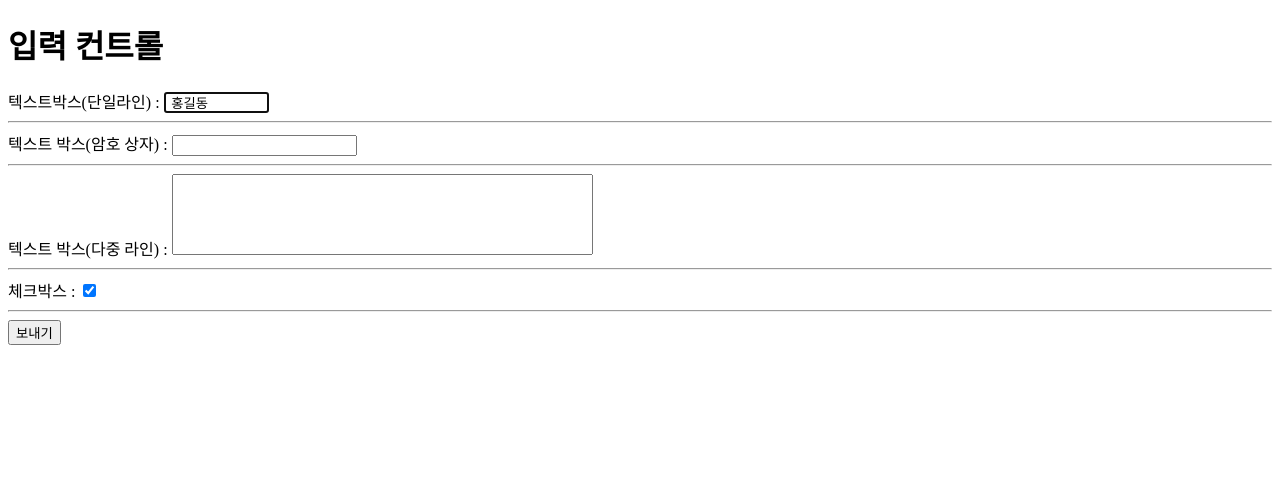
Repository: Hswwwww/WEB
Page: ClientTest/src/main/webapp/html/ex19_form.html
These files come from the project's save history. The page is drawn as it stood at one moment and after the next save; the edit follows.
The browser window is 1280 px wide. The pictures show the whole page.

Above is the page before, as saved 2024-03-14 01:31:43.

### ClientTest/src/main/webapp/html/ex19_form.html
<!DOCTYPE html>
<html>
<head>
<meta charset="UTF-8">
<title>Insert title here</title>
</head>
<body>
	<!--

		<form> 자식 태그
		- 입력 양식

		<input> 태그
		- 단독 태그
		- 인라인 태그
		- input.type : 입력 컨트롤의 종류
		- input.name : 서버로 전송할때 사용하는 식별자
		- input.id : 식별자. CSS, JavaScript에서 주로 사용
		- input.class : 식별자. CSS, JavaScript에서 주로 사용
		- input.size : 컨트롤의 너비 (입력받는 문자 수)
		- input.maxlength : 최대 입력 문자수 + 유효성 검사
		- input.value : 컨트롤의 입력값
		- input.readonly : 읽기 전용. 플래그형 + 입력 (x) + 서버 전송(o)
		- input.disabled : 비활성화. 플래그형 + 입력 (x) + 서버 전송 (x)
		- input.accesskey : 바로가기(니모닉) Alt + 키
		- input.autofocus : 자동 포커스
		- input.title: 풍선 도움말





	 -->

	<h1>입력 컨트롤</h1>

	<form action = "ex18.jsp">

		텍스트박스(단일라인) : <input type = "text" name = "data" id = "txt1" class = "txt"
					size = "10" maxlength = "5" value = " 홍길동" accesskey = "s" autofocus
					title = "이름을 입력하세요." >

		<hr>


		<!--

			암호 상자, Password Box, Masked TextBox
			- 모든 속성이 텍스트 박스와 동일
			- value 속성 사용 금지!!

		 -->

		 텍스트 박스(암호 상자) : <input type = "password">


		 <!--

		 	다중 라인 텍스트 박스
		 	- <textarea></textarea>
		 	- 쌍태그
		 	- 인라인 태그
		 	- 대부분의 속성은 텍스트와 동일
		 	- maxlength속성이 없다.
		 	- value 속성이 없다.
		 	- 컨트롤러와 문서에서의 탭 성질이 다르게 적용됨 > 텍스트박스는 컨트롤러로 탭 하나하나 다 인식함

		  -->
		 <hr>
		 텍스트 박스(다중 라인) :
		 <textarea style = "resize:none;" cols="50" rows="5"></textarea>




		<hr>
		<!--

			체크박스
			- 논리값 입력


		 -->


		체크박스 : <input type = "checkbox" checked>
		<hr>
		<input type = "submit" value = "보내기">

	</form>

</body>

</html>

After the next save:
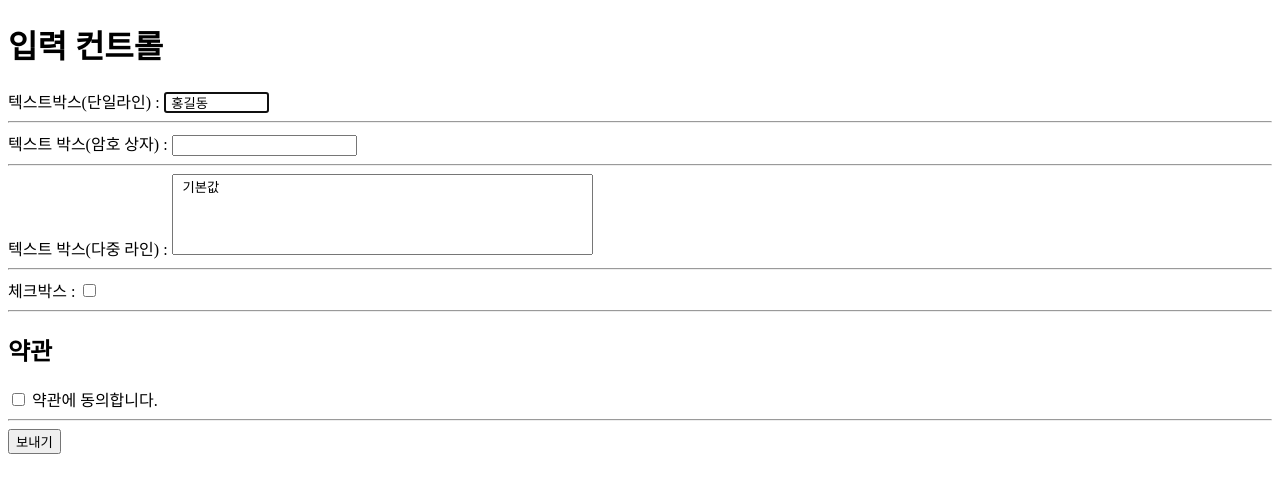
Saved 58 s later.
--- a/ClientTest/src/main/webapp/html/ex19_form.html
+++ b/ClientTest/src/main/webapp/html/ex19_form.html
@@ -68,7 +68,7 @@
 		  -->
 		 <hr>
 		 텍스트 박스(다중 라인) :
-		 <textarea style = "resize:none;" cols="50" rows="5"></textarea>
+		 <textarea style = "resize:none;" cols="50" rows="5"> 기본값</textarea>
 
 
 
@@ -83,7 +83,15 @@
 		 -->
 
 
-		체크박스 : <input type = "checkbox" checked>
+		체크박스 : <input type = "checkbox" >
+
+		<hr>
+
+		<h2>약관</h2>
+
+		<input type = "checkbox"> 약관에 동의합니다.
+
+
 		<hr>
 		<input type = "submit" value = "보내기">
 
